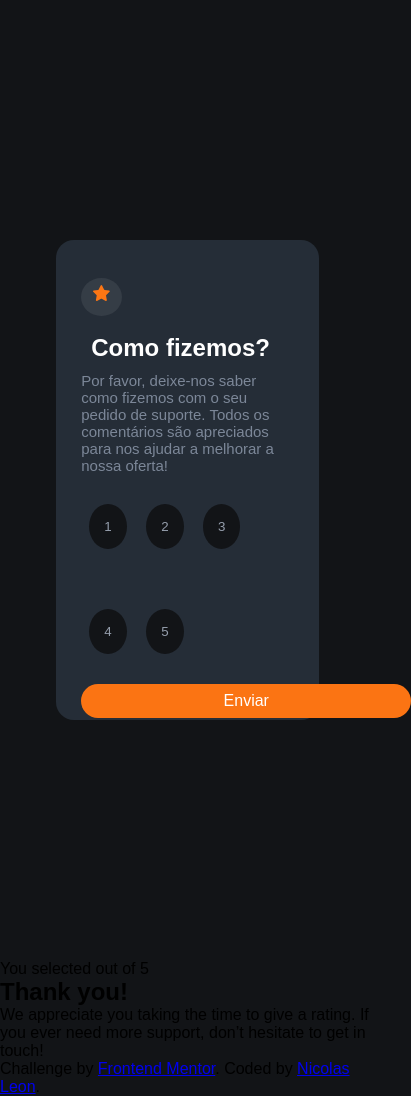
Repository: Leonngc/projeto-avaliacao
Page: index.html
An editor plug-in stored every save of this project. The page is shown before and after a run of saves, followed by the edit.
The browser window is 375 px wide. The page is 411 px wide, then 398 px, so the pictures cover 411 px, including what lies to the right of the window. The pictures show the whole page.

Above is the page before, as saved 2023-01-26 12:00:16.

After the next 2 saves:
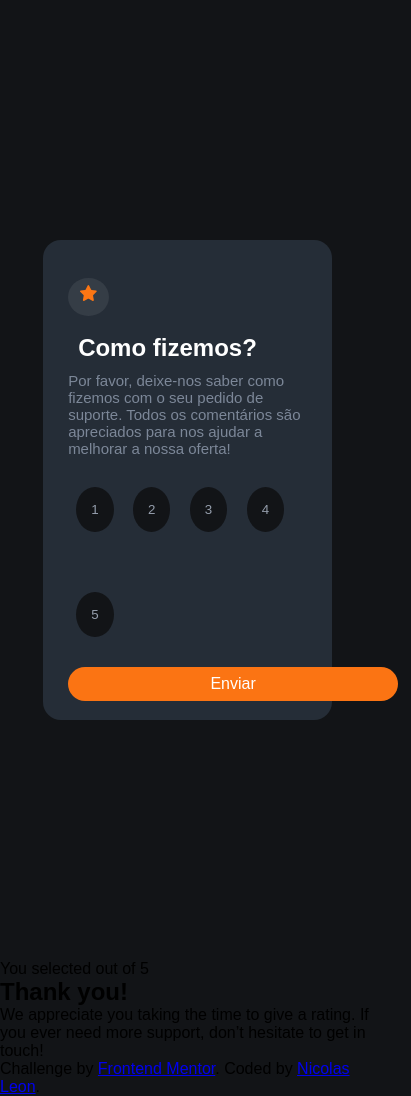
The 2 saves are shown as one change because they came seconds apart.
The last was saved 9 s later.
--- a/styles/style.css
+++ b/styles/style.css
@@ -86,7 +86,7 @@ span > img{
 
 @media screen and (max-width:600px){
     #avaliation-form{
-        width: 70vw;
+        width: 77vw;
         height: 60vh;
         font-size: 12px;
     }
